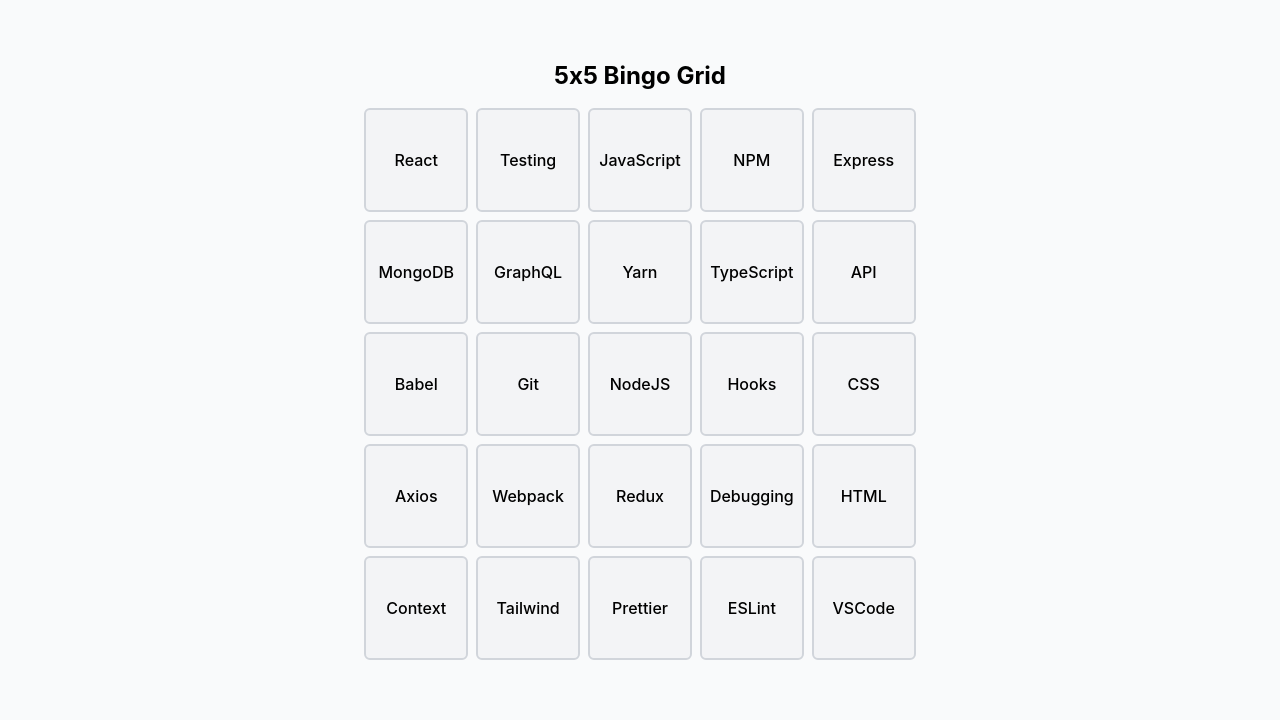
Repository: yassirbn/football-bingo
Page: /
An editor plug-in stored every save of this project. The page is shown before and after the next save, followed by the edit.
The browser window is 1280 px wide. The pictures show the whole page.
The project was rebuilt for these pictures with package versions that can differ from the ones it lists, and the page was loaded fresh each time.

Above is the page before, as saved 2024-11-26 11:33:53.

After the next save:
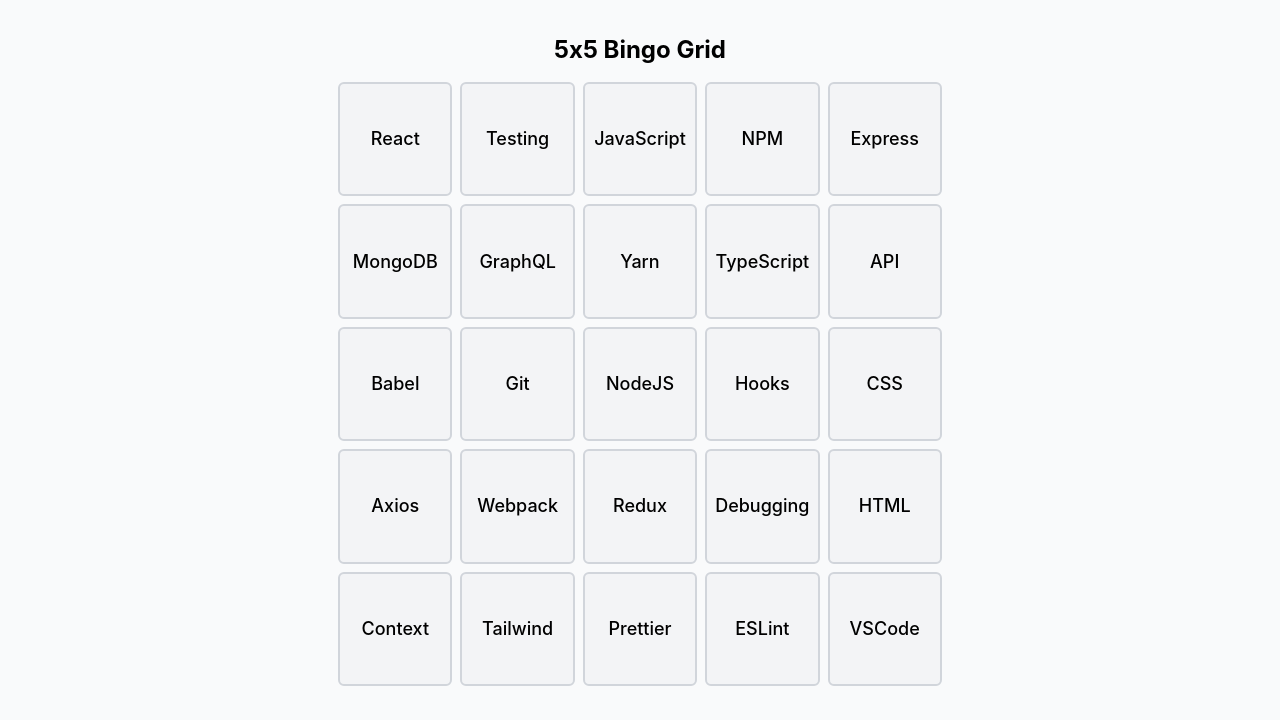
Saved 107 s later.
--- a/src/component/BingoGrid/BingoGrid.js
+++ b/src/component/BingoGrid/BingoGrid.js
@@ -29,7 +29,9 @@ const BingoGrid = ({ words }) => {
             key={index}
             className="flex items-center justify-center border-2 border-gray-300 rounded-md bg-gray-100 hover:bg-blue-200 cursor-pointer text-center font-medium aspect-square p-2 overflow-hidden"
           >
-            <span className="break-words text-sm sm:text-base">
+            <span
+              className="break-words text-xs sm:text-sm md:text-base lg:text-lg"
+            >
               {word}
             </span>
           </div>
